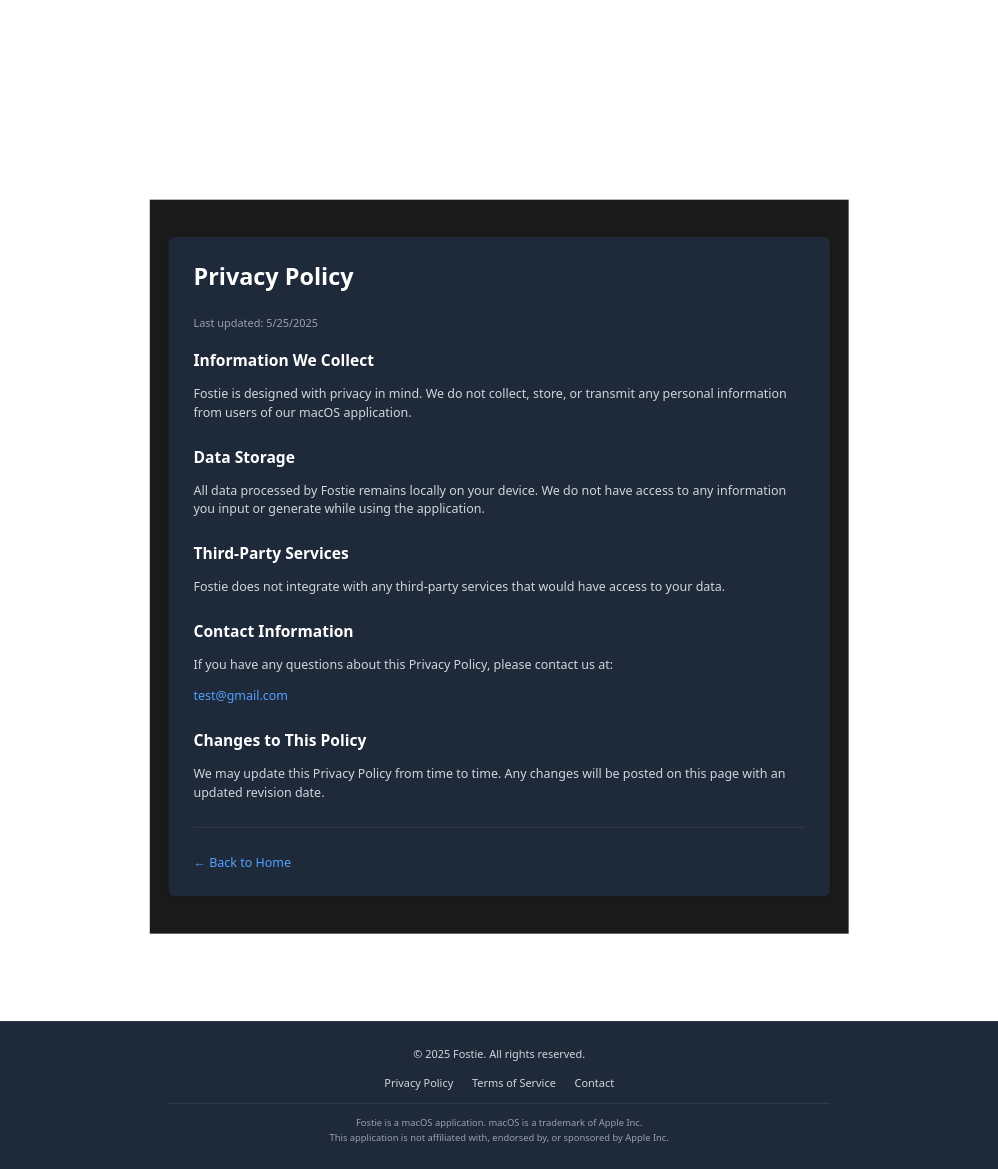
Repository: atimael/fostie-web
Page: /privacy
The author's editor kept a copy of each file at every save. The page is drawn from the files as they stood at one save, then again after the next save.
The browser window is 1280 px wide. The pictures show the whole page, at 78% of full size.
The project was rebuilt for these pictures with package versions that can differ from the ones it lists, and the page was loaded fresh each time. The framework's server and built-in components were replaced by stand-ins that run in the browser. Also part of the build but not shown: next.config.js.

Above is the page before, as saved 2025-05-26 21:51:05.

### app/layout.tsx
import type { Metadata } from "next";
import type { ReactNode } from "react";
import "./globals.css";

export const metadata: Metadata = {
  title: "Fostie - macOS App",
  description: "Official website for Fostie macOS application",
  keywords: "Fostie, macOS, app, application",
  authors: [{ name: "Fostie Team" }],
};

export const viewport = {
  width: "device-width",
  initialScale: 1,
};

export default function RootLayout({ children }: { children: ReactNode }) {
  return (
    <html lang="en" className="dark">
      <body className="antialiased">{children}</body>
    </html>
  );
}

### app/privacy/layout.tsx
import Footer from "@/components/footer";
import Header from "@/components/header";

export default function PrivacyLayout({
  children,
}: {
  children: React.ReactNode;
}) {
  return (
    <>
      <Header />
      <main className="flex w-full flex-1 justify-center px-12 pb-16 pt-32 sm:pb-28 sm:pt-48 xl:px-40">
        {children}
      </main>
      <Footer className="support-page" />
    </>
  );
}

### app/privacy/page.tsx
export default function Privacy() {
  const currentYear = new Date().getFullYear();

  return (
    <main className="min-h-screen bg-gray-50 dark:bg-custom-dark">
      <div className="max-w-4xl mx-auto px-6 py-12">
        <div className="bg-white dark:bg-gray-800 rounded-lg shadow-md p-8">
          <h1 className="text-3xl font-bold text-gray-900 dark:text-white mb-8">
            Privacy Policy
          </h1>

          <div className="prose prose-gray dark:prose-invert max-w-none">
            <p className="text-sm text-gray-600 dark:text-gray-400 mb-6">
              Last updated: {new Date().toLocaleDateString()}
            </p>

            <section className="mb-8">
              <h2 className="text-xl font-semibold text-gray-900 dark:text-white mb-4">
                Information We Collect
              </h2>
              <p className="text-gray-700 dark:text-gray-300 mb-4">
                Fostie is designed with privacy in mind. We do not collect,
                store, or transmit any personal information from users of our
                macOS application.
              </p>
            </section>

            <section className="mb-8">
              <h2 className="text-xl font-semibold text-gray-900 dark:text-white mb-4">
                Data Storage
              </h2>
              <p className="text-gray-700 dark:text-gray-300 mb-4">
                All data processed by Fostie remains locally on your device. We
                do not have access to any information you input or generate
                while using the application.
              </p>
            </section>

            <section className="mb-8">
              <h2 className="text-xl font-semibold text-gray-900 dark:text-white mb-4">
                Third-Party Services
              </h2>
              <p className="text-gray-700 dark:text-gray-300 mb-4">
                Fostie does not integrate with any third-party services that
                would have access to your data.
              </p>
            </section>

            <section className="mb-8">
              <h2 className="text-xl font-semibold text-gray-900 dark:text-white mb-4">
                Contact Information
              </h2>
              <p className="text-gray-700 dark:text-gray-300 mb-4">
                If you have any questions about this Privacy Policy, please
                contact us at:
              </p>
              <p className="text-gray-700 dark:text-gray-300">
                <a
                  href="mailto:test@gmail.com"
                  className="text-blue-600 dark:text-blue-400 hover:text-blue-800 dark:hover:text-blue-300"
                >
                  test@gmail.com
                </a>
              </p>
            </section>

            <section className="mb-8">
              <h2 className="text-xl font-semibold text-gray-900 dark:text-white mb-4">
                Changes to This Policy
              </h2>
              <p className="text-gray-700 dark:text-gray-300 mb-4">
                We may update this Privacy Policy from time to time. Any changes
                will be posted on this page with an updated revision date.
              </p>
            </section>
          </div>

          <div className="mt-8 pt-8 border-t border-gray-200 dark:border-gray-700">
            <a
              href="/"
              className="text-blue-600 dark:text-blue-400 hover:text-blue-800 dark:hover:text-blue-300 font-medium"
            >
              ← Back to Home
            </a>
          </div>
        </div>
      </div>
    </main>
  );
}

### app/globals.css
@import "tailwindcss";

@custom-variant dark (&:where(.dark, .dark *));

@theme {
  /* Enable dark mode based on system preference */
  --default-color-scheme: light dark;

  /* Custom dark background color */
  --color-custom-dark: #1a1a1a;

  /* Custom font family */
  --font-family-sans: ui-sans-serif, system-ui, sans-serif, "Apple Color Emoji",
    "Segoe UI Emoji", "Segoe UI Symbol", "Noto Color Emoji";
}

### components/footer.tsx
export default function Footer() {
  const currentYear = new Date().getFullYear();

  return (
    <footer className="bg-white dark:bg-gray-800 border-t border-gray-200 dark:border-gray-700">
      <div className="max-w-4xl mx-auto px-6 py-8">
        <div className="text-center space-y-4">
          <div className="text-sm text-gray-600 dark:text-gray-300">
            <p>&copy; {currentYear} Fostie. All rights reserved.</p>
          </div>

          <div className="flex flex-wrap justify-center gap-6 text-sm">
            <a
              href="/privacy"
              className="text-gray-600 dark:text-gray-300 hover:text-gray-900 dark:hover:text-white transition-colors"
            >
              Privacy Policy
            </a>
            <a
              href="/terms"
              className="text-gray-600 dark:text-gray-300 hover:text-gray-900 dark:hover:text-white transition-colors"
            >
              Terms of Service
            </a>
            <a
              href="mailto:test@gmail.com"
              className="text-gray-600 dark:text-gray-300 hover:text-gray-900 dark:hover:text-white transition-colors"
            >
              Contact
            </a>
          </div>

          <div className="text-xs text-gray-500 dark:text-gray-400 pt-4 border-t border-gray-100 dark:border-gray-700">
            <p>
              Fostie is a macOS application. macOS is a trademark of Apple Inc.
            </p>
            <p className="mt-1">
              This application is not affiliated with, endorsed by, or sponsored
              by Apple Inc.
            </p>
          </div>
        </div>
      </div>
    </footer>
  );
}

### components/header.tsx
export default function Header() {
  return (
    <header className="justify-between flex items-center dark:text-white py-2 px-6">
      <div>
        <h1 className="text-4xl font-bold  text-center">Fostie</h1>
      </div>

      <div>
        <div>Contact</div>

        <div>Mac App Store</div>
      </div>
    </header>
  );
}

After the next save:
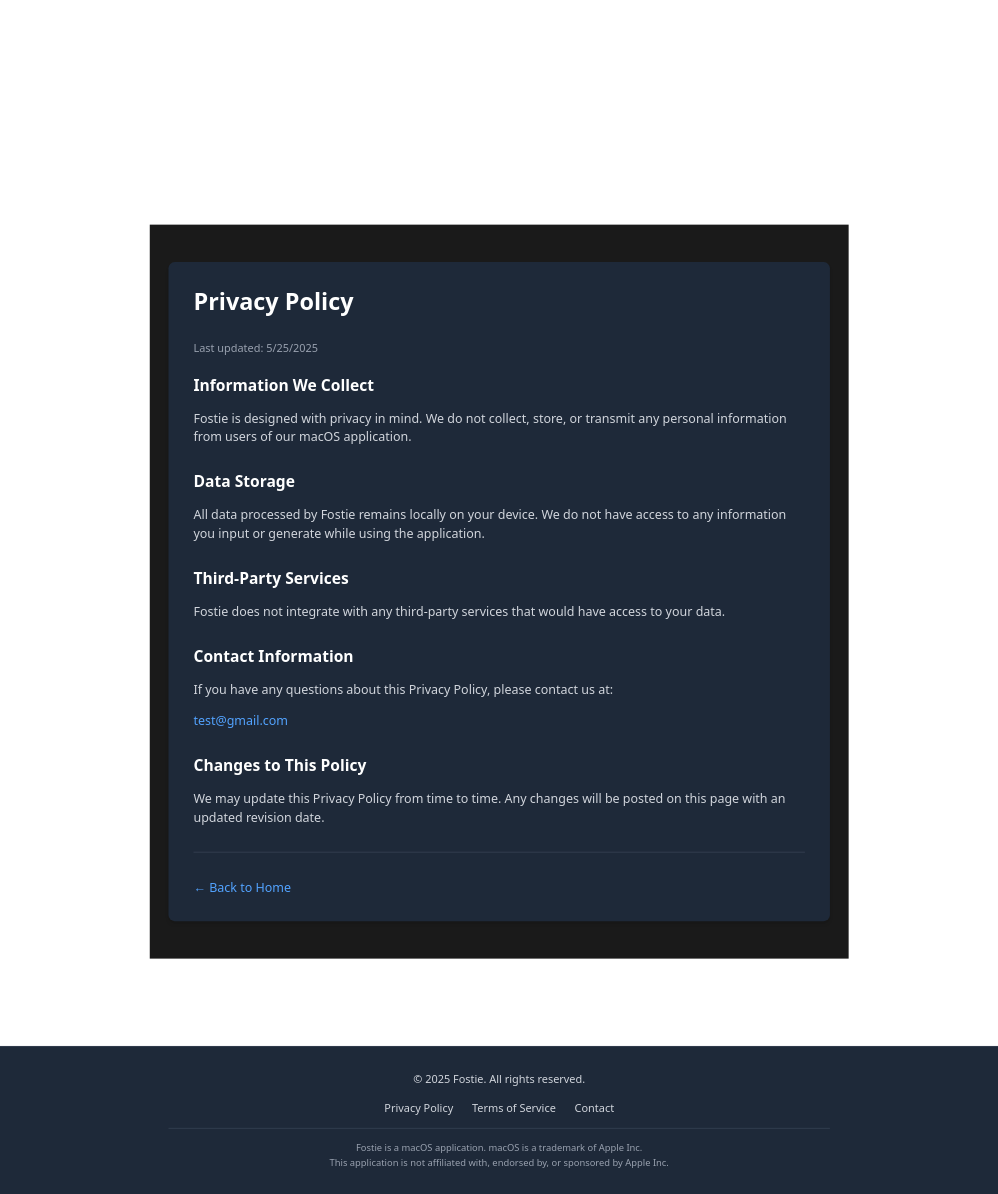
Saved 4 s later.
--- a/components/header.tsx
+++ b/components/header.tsx
@@ -1,6 +1,6 @@
 export default function Header() {
   return (
-    <header className="justify-between flex items-center dark:text-white py-2 px-6">
+    <header className="justify-between flex items-center dark:text-white py-6 px-6">
       <div>
         <h1 className="text-4xl font-bold  text-center">Fostie</h1>
       </div>
